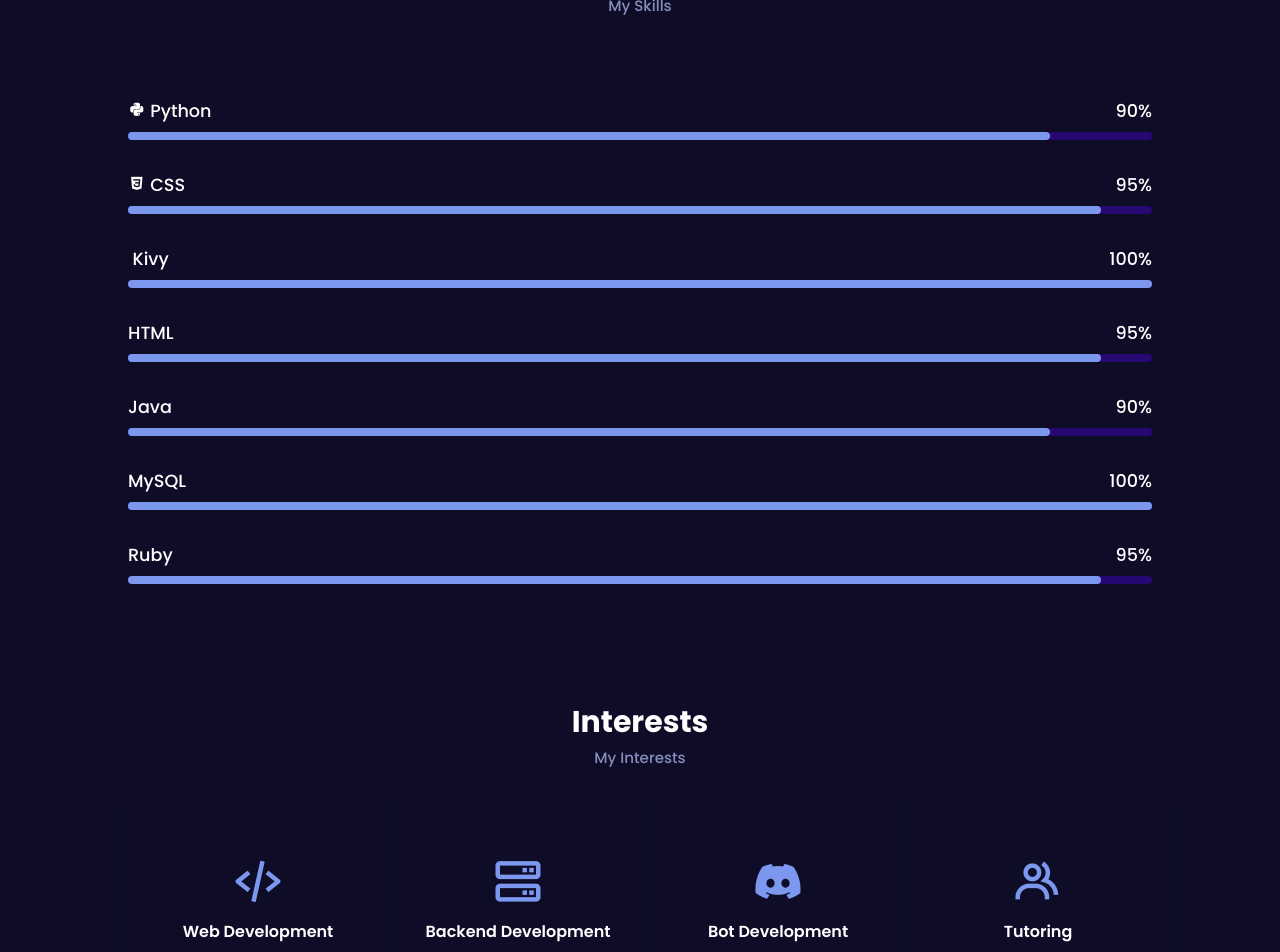
Repository: omkarxpatel/Omkar-Portfolio
Page: src/index.html
An editor plug-in stored every save of this project. The page is shown before and after a run of saves, followed by the edit.
The browser window is 1280 px wide. The pictures show the part of the page from y = 1371 to 2323 px (the page is 2654 px tall before and 2580 px after).
A picture or video elsewhere on the page could not be fetched, so the positions and the page height are approximate.

Above is the page before, as saved 2023-03-25 17:54:33.

### src/index.html

<!DOCTYPE html>
<html lang="en">


<head>
    <meta charset="UTF-8">
    <meta http-equiv="X-UA-Compatible" content="IE=edge">
    <meta name="viewport" content="width=device-width, initial-scale=1.0">
    <title>Portfolio ∙ Omkar Patel</title>
    <link rel="stylesheet" href="style.css">
    <link rel="stylesheet" href="https://cdn.jsdelivr.net/npm/boxicons@latest/css/boxicons.min.css">
</head>

<body>
<!-- Navbar  Section Start -->
<header>
    <a href="#" class="logo">Omkar <span> Patel</span>.</a>

    <div class="bx bx-menu" id="menu-icon"></div>

    <ul class="navbar">
        <li><a href="#home">Home</a></li>
        <li><a href="#about">About</a></li>
        <li><a href="#skills">Skills</a></li>
        <li><a href="#interests">Interests</a></li>
        <li><a href="#contact">Contact</a></li>
        <div class="bx bx-sun" id="darkmode"></div>
    </ul>
</header>
<!-- Navbar Section End -->
<!-- Home Section Start -->
<section class="home" id="home">
    <div class="social">
        <a href="#contact"><i class='bx bxl-github'></i></a>
        <a href="#contact"><i class='bx bxl-instagram'></i></a>
        <a href="#about"><i class='bx bxl-gmail'></i></a>
    </div>
    <div class="home-img">
        <img src="main.png" alt="">
    </div>
    <div class="home-text">
        <span>Hello, I'm</span>
        <h1>Omkar Patel</h1>
        <h2>‎ </h2>
    </div>
</section>
<!-- Home Section End -->
<!-- About Section Start -->

<section class="about" id="about">
    <div class="heading">
        <h2>About Me</h2>
        <span>Introduction</span>
    </div>

    <div class="about-container">
        <div class="about-img">
          <img src="images/IMG_1715.png" alt="">
        </div>
        <div class="about-text">
            <p>Hi there, I'm Omkar Patel, an aspiring software developer who is 15 years old and currently studying at Lynbrook High School. I'll be graduating with the class of 2025. I started coding in 2021 using Python, and since then, I have developed a strong passion for programming. Apart from coding, I have a keen interest in playing music and practicing martial arts.
            </p>
            <div class="information">
                <div class="info-box">
                    <i class='bx bxs-user'></i>
                    <span>Omkar Patel</span>
                </div>

                <div class="info-box">
                    <i class='bx bxs-phone'></i>
                    <span>+1 (408) 313 6396</span>
                </div>

                <div class="info-box">
                    <i class='bx bxs-envelope'></i>
                    <span>omkarvpatel1234@gmail.com</span>
                </div>
            </div>
            <a href="#" onclick="window.open('https://mail.google.com/mail/u/0/?fs=1&tf=cm&source=mailto&to=omkarvpatel1234@gmail.com', '_blank');" class="btn">Send Email</a>
        </div>

    </div>
</section>
<!-- About Section End -->

<!-- Skills Section Start -->

<section class="skills" id="skills">
    <div class="heading">
        <h2>Skills</h2>
        <span>My Skills</span>
    </div>

    <div class="skills-container">
        <div class="bars">

            <div class="bars-box">
                <h3><i class="bx bxl-python"></i> Python</h3>
                <span>90%</span>
                <div class="light-bar"></div>
                <div class="percent-bar python-bar"></div>
            </div>

            <div class="bars-box">
                <h3><i class="bx bxl-css3"></i> CSS</h3>
                <span>95%</span>
                <div class="light-bar"></div>
                <div class="percent-bar css-bar"></div>
            </div>

          <div class="bars-box">
                <h3><i class="bx bxl-ki"></i> Kivy</h3>
                <span>100%</span>
                <div class="light-bar"></div>
                <div class="percent-bar kivy-bar"></div>
            </div>

            <div class="bars-box">
                <h3>HTML</h3>
                <span>95%</span>
                <div class="light-bar"></div>
                <div class="percent-bar html-bar"></div>
            </div>

            <!-- <div class="bars-box">
                <h3>JavaScript</h3>
                <span>75%</span>
                <div class="light-bar"></div>
                <div class="percent-bar js-bar"></div>
            </div> -->

            <div class="bars-box">
                <h3>Java</h3>
                <span>90%</span>
                <div class="light-bar"></div>
                <div class="percent-bar java-bar"></div>
            </div>

            <!-- <div class="bars-box">
                <h3>Scratch</h3>
                <span>100%</span>
                <div class="light-bar"></div>
                <div class="percent-bar scratch-bar"></div>
            </div> -->

            <div class="bars-box">
                <h3>MySQL</h3>
                <span>100%</span>
                <div class="light-bar"></div>
                <div class="percent-bar mysql-bar"></div>
            </div>

            <div class="bars-box">
                <h3>Ruby</h3>
                <span>95%</span>
                <div class="light-bar"></div>
                <div class="percent-bar ruby-bar"></div>
            </div>
<!--
            <div class="bars-box">
                <h3>PHP</h3>
                <span>85%</span>
                <div class="light-bar"></div>
                <div class="percent-bar php-bar"></div>
            </div>

            <div class="bars-box">
                <h3>C</h3>
                <span>80%</span>
                <div class="light-bar"></div>
                <div class="percent-bar c-bar"></div>
            </div>

            <div class="bars-box">
                <h3>Arduino</h3>
                <span>90%</span>
                <div class="light-bar"></div>
                <div class="percent-bar ardruino-bar"></div>
            </div> -->

        </div>
        <!-- <div class="skills-img">
            <img src="main.png" alt="Skill">
        </div> -->
    </div>
</section>

<!-- Skills Section End -->
<!-- Services Section Start -->
<section class="interests" id="interests">
    <div class="heading">
        <h2>Interests</h2>
        <span>My Interests</span>
    </div>
    <div class="interests-content">

        <div class="interests-box">
            <i class='bx bx-code-alt'></i>
            <h3>Web Development</h3>
            <a href="#skills">Learn More</a>
        </div>

        <div class="interests-box">
            <i class='bx bx-server'></i>
            <h3>Backend Development</h3>
            <a href="#skills">Learn More</a>
        </div>

        <div class="interests-box">
            <i class='bx bxl-discord-alt'></i>
            <h3>Bot Development</h3>
            <a href="#skills">Learn More</a>
        </div>

        <div class="interests-box">
            <i class='bx bx-group'></i>
            <h3>Tutoring</h3>
            <a href="#skills">Learn More</a>
        </div>
    </div>
</section>
<!-- Services Section End -->

<!-- Contact Section Start -->
<!-- <section class="contact" id="contact">
    <div class="heading">
        <h2>Contact</h2>
        <span>Send Me A Message</span>
    </div>
    <div class="contact-form">
        <form action="scripts/contact_me.php" method="POST">
            <input type="text" placeholder="Your Name">
            <input type="email" name="" id="" placeholder="Your Email">
            <textarea name="" id="" cols="30" rows="10" placeholder="Write Message Here..."></textarea>
                                <input type="submit" value="Send" class="contact-button">
                                </form>
                            </div>
                            </section> -->
                            <!-- Contact Section End -->
                         <div class="footer">
                                <h2>Follow Me</h2>
                                <div class="footer-social">
                                    <a href="#contact" onclick="window.open('https://www.instagram.com/omkarvpatel', '_blank');" class="btn">Instagram</a>
                                    <a href="#contact" onclick="window.open('https://github.com/omkarxpatel', '_blank');" class="btn">Github</a>
                                    <a href="#contact" onclick="window.open('https://leetcode.com/omkarxpatel', '_blank');" class="btn">Leetcode</a>
                                <br><br></div>

                            </div>

                            <div class="copyright">
                                 <a id="src" href="https://github.com/omkarxpatel/Omkar-Portfolio">Source</a>
                                 | © Omkar Patel 2023 | All Rights Reserved.
                            </div>
</section>
<!-- Javascript -->
<script src="scripts/script.js"></script>
<script src="scripts/typing.js"></script>


</body>
</html>

### src/style.css

@import url("https://fonts.googleapis.com/css2?family=Poppins:wght@200;300;400;500;600;700&display=swap");

* {
  margin: 0;
  padding: 0;
  box-sizing: border-box;
  list-style: none;
  text-decoration: none;
  scroll-behavior: smooth;
  scroll-padding-top: 2rem;
  font-family: "Poppins", sans-serif;
}

:root {
  --main-color: #7B97EE;
  --text-color: #fff;
  --bg-color: #0f0c27;
  --hover: #868FBB;
  --big-font: 3.2rem;
  --medium-font: 1.8rem;
  --p-font: 0.941rem;
}

section {
  padding: 50px 10%;
}

body.active {
  --bg-color: #fff;
  --text-color: #0f0c27;
}

body {
  background: var(--bg-color);
  color: var(--text-color);
}

*::selection {
  color: var(--bg-color);
  background: var(--main-color);
}

.heading {
  text-align: center;
}

.heading h2 {
  font-size: 30px;
}

.heading span {
  font-size: var(--p-font);
  color: #868FBB;
}

header {
  position: fixed;
  width: 100%;
  top: 0;
  right: 0;
  z-index: 1000;
  display: flex;
  align-items: center;
  justify-content: space-between;
  background: var(--bg-color);
  padding: 13px 10%;
  transition: 0.2s;
  box-shadow: -3px -3px 7px #ffffff73,
    2px 2px 5px rgba(94, 104, 121, 0.288);
}

header.shadow {
  box-shadow: 0 0 4px rgb(14 55 54 / 15%);
}

.logo {
  font-size: 1.61rem;
  font-weight: 600;
  color: var(--text-color);
}

.logo span {
  font-size: 1.61rem;
  font-weight: 600;
  color: #868FBB;
}

.navbar {
  display: flex;
}

.navbar a {
  font-size: 1rem;
  padding: 10px 20px;
  color: var(--text-color);
  font-weight: 500;
}

.navbar a:hover {
  color: var(--hover);
}

#menu-icon {
  font-size: 24px;
  cursor: pointer;
  z-index: 10001;
  display: none;
}

#darkmode {
  font-size: 22px;
  cursor: pointer;
}

.home {
  position: relative;
  width: 100%;
  min-height: 100vh;
  display: grid;
  grid-template-columns: 0.2fr 1fr 1fr;
  align-items: center;
  gap: 1rem;
}

.home-img {
  order: 3;
}

.home-img img {
  width: 100%;
}

.home-text span {
  font-size: var(--medium-font);
  font-weight: 500;
}

.home-text h1 {
  font-size: var(--big-font);
}

.home-text h2 {
  font-size: 1.1rem;
  font-weight: 400;
}

.home-text p {
  font-size: var(--p-font);
  font-weight: 400;
  margin: 0.7rem 0 1rem;
}

.social {
  display: flex;
  flex-direction: column;
}

.social a {
  margin-bottom: 1rem;
  font-size: 22px;
  color: var(--text-color);
}

.social a:hover {
  color: var(--hover);
}

.btn {
  display: inline-block;
  background: var(--main-color);
  color: #fff;
  padding: 0.7rem 1.3rem;
  border-radius: 0.5rem;
}

.btn:hover {
  background: var(--hover);
}


.about-container {
  display: grid;
  grid-template-columns: repeat(2, 1fr);
  gap: 1rem;
  margin-top: 2rem;
}

.about-img img {
  width: 80%;
  border-radius: 0.5rem;
}

.about-text p {
  font-size: var(--p-font);
  font-weight: 400;
  text-align: justify;
}

.information {
  margin: 1rem 0 1.4rem;
}

.information .info-box {
  display: flex;
  align-items: center;
  margin-bottom: 1.4rem;
}

.information .info-box .bx {
  font-size: 22px;
}

.information .info-box span {
  font-weight: 400;
  margin-left: 1rem;
}


.skills-container {
  grid-template-columns: repeat(2, 1fr);
  align-items: center;
  gap: 2rem;
  margin-top: 4rem;
}

.bars-box {
  position: relative;
  display: flex;
  justify-content: space-between;
  align-items: center;
  padding: 1rem 0;
  margin-bottom: 1rem;
}


.bars-box h3,
span {
  font-size: 1.1rem;
  font-weight: 500;
}

.light-bar {
  position: absolute;
  bottom: 0;
  left: 0;
  width: 100%;
  height: 0.5rem;
  background: hsla(260, 100%, 44%, 0.4);
  border-radius: 0.5rem;

}

.percent-bar {
  position: absolute;
  bottom: 0;
  left: 0;
  height: 0.5rem;
  background: var(--main-color);
  border-radius: 0.5rem;

}

.python-bar {
  width: 90%;
}

.css-bar {
  width: 95%;
}

.html-bar {
  width: 95%;
}

.js-bar {
  width: 75%;
}

.java-bar {
  width: 90%;
}

.kivy-bar {
  width: 100%;
}

.scratch-bar {
  width: 100%;
}

.mysql-bar {
  width: 100%;
}

.ruby-bar {
  width: 95%;
}

.php-bar {
  width: 85%;
}

.c-bar {
  width: 80%;
}

.ardruino-bar {
  width: 90%;
}

.interests-content {
  display: grid;
  grid-template-columns: repeat(auto-fit, minmax(200px, auto));
  justify-content: center;
  gap: 1rem;
  margin-top: 2rem;
}

.interests-box {
  padding: 20px;
  width: 260px;
  display: flex;
  flex-direction: column;
  align-items: center;
  text-align: center;
  border-radius: 0.5rem;
  border-bottom: 2px solid var(--main-color);
  box-shadow: 0 2px 7px rgb(14 55 54 / 15%);
}

.interests-box:hover {
  background-color: #02225a;
}

.interests-box h3 {
  font-size: 1rem;
  font-weight: 600;
  margin: 0.7rem 0 0.4rem;
}

.interests-box:hover h3 {
  color: #fff;
}

.interests-box .bx {
  padding-top: 2rem;
  font-size: 54px;
  color: var(--main-color);
}

.interests-box:hover .bx {
  color: #868FBB;
}

.interests-box a {
  color: var(--main-color);
  font-size: var(--p-font);
  font-weight: 500;
}

.interests-box:hover a {
  color: #8b8a8f;
}

.contact-form {
  display: grid;
  place-items: center;
  margin-top: 2rem;
}

.contact-form form {
  display: flex;
  flex-direction: column;
  width: 650px;
}

form input,
textarea {
  padding: 15px;
  border-radius: 0.5rem;
  width: 100%;
  border: none;
  outline: none;
  background: hsla(260, 100%, 44%, 0.1);
  margin-bottom: 1rem;
  color: var(--text-color);
}

form input::placeholder,
textarea::placeholder {
  color: var(--text-color);
}

form textarea {
  resize: none;
  height: 200px;
}

.contact-button {
  width: 160px;
  cursor: pointer;
  background: #7B97EE;
  color: #fff;
  justify-content: center;
  text-transform: uppercase;
  letter-spacing: 1px;
  margin-left: 35%;
}

.contact-button:hover {
  background: var(--hover);
}

.footer {
  display: grid;
  place-items: center;
  padding: 20px;
  color: #000;
}

.footer h2 {
  font-size: 1.5rem;
  margin-bottom: 1.6rem;
  color: var(--text-color)
}

.footer-social a i {
  color: rgb(10, 26, 208);
  font-size: 25px;
  margin-left: 10px;
  text-align: center;
  line-height: 40px;
  background-color: #fff;
  border-radius: 50%;
  width: 40px;
  height: 40px;
}

.copyright {
  padding: 20px;
  background: var(--main-color);
  text-align: center;
  color: #fff;
}

.copyright a {
  color: #22cf91;
}

/* For Mobile */
@media (max-width: 991px) {
  header {
    padding: 18px 4%;
  }

  section {
    padding: 50px 4%;
  }
}

@media (max-width: 881px) {
  :root {
    --big-font: 2.7rem;
    --medium-font: 1.4rem;
  }
}

@media (max-width: 768px) {
  :root {
    --big-font: 2.4rem;
    --medium-font: 1.2rem;
  }

  header {
    padding: 11px 4%;
  }

  #menu-icon {
    display: initial;
    color: var(--text-color);
  }

  header .navbar {
    position: absolute;
    top: -500px;
    left: 0;
    right: 0;
    display: flex;
    flex-direction: column;
    background: var(--bg-color);
    box-shadow: 0 4px 4px rgb(0 0 0 / 10%);
    transition: 0.2s ease;
    text-align: center;
  }

  .navbar.active {
    top: 100%;
  }

  .navbar a {
    padding: 1.5rem;
    display: block;
    background: var(--bg-color);
  }

  #darkmode {
    position: absolute;
    top: 1.4rem;
    right: 2rem;
  }

  .scroll-down {
    display: none;
  }

  .home {
    grid-template-columns: 0.5fr 3fr;
  }

  .home-text {
    grid-column: 1/3;
    padding-left: 1.4rem;
  }

  .home-img {
    order: initial;
  }

  .about-container {
    grid-template-columns: 1fr;
  }

  .about-img {
    display: flex;
    justify-content: center;
  }

  .skills-container {
    grid-template-columns: 1fr;
  }

  /* .skills-img img {
    padding-left: 0;
  }

  .skills-img {
    padding-top: 2rem;
    display: flex;
    justify-content: center;
  } */

  .contact-form form {
    width: 300px;
  }

  .contact-button {
    margin-left: 25%;
  }
}

@media (max-width: 340px) {
  :root {
    --big-font: 1.7rem;
    --medium-font: 1.1rem;
  }

  .home-text span {
    font-size: 1rem;
  }

  .home-text h2 {
    font-size: 0.9rem;
    font-weight: 500;
  }

  .information .info-box span {
    font-size: 1rem;
  }

  .contact-form form {
    width: 300px;
  }

  .contact-button {
    margin-left: 25%;
  }
}

#src {
  color: rgb(9, 53, 88);
  text-decoration: underline;
}

### src/scripts/script.js
let header = document.querySelector("header");
let menu = document.querySelector("#menu-icon");
let navbar = document.querySelector(".navbar");

window.addEventListener("scroll", () => {
  header.classList.toggle("shadow", window.scrollY > 0);
});

menu.onclick = () => {
  navbar.classList.toggle("active");
};
window.onscroll = () => {
  navbar.classList.remove("active");
};

// Dark Mode / light mode
let darkmode = document.querySelector("#darkmode");

darkmode.onclick = () => {
  if (darkmode.classList.contains("bx-sun")) {
    darkmode.classList.replace("bx-sun", "bx-moon");
    document.body.classList.add("active");
  } else {
    darkmode.classList.replace("bx-moon", "bx-sun");
    document.body.classList.remove("active");
  }
};

### src/scripts/typing.js
const title = document.querySelector('.home-text h2');
const text = ["Highschool Student", "Coder", "Musician", "Martial Artist"];
let b = 0;

function type() {
  let i = 0;
  const intervalId = setInterval(() => {
    title.textContent += text[b].charAt(i);
    i++;
    if (i >= text[b].length) {
        b = (b + 1) % text.length;

        clearInterval(intervalId);
        setTimeout(() => {
            deleteText();
        }, 1000);
    }
  }, 100);
}

function deleteText() {
  const intervalId = setInterval(() => {
    title.textContent = title.textContent.slice(0, -1);
    if (title.textContent.length === 1) {
      clearInterval(intervalId);
      setTimeout(() => {
        type();
      }, 1000);
    }
  }, 75);
}

type();

After the next 6 saves:
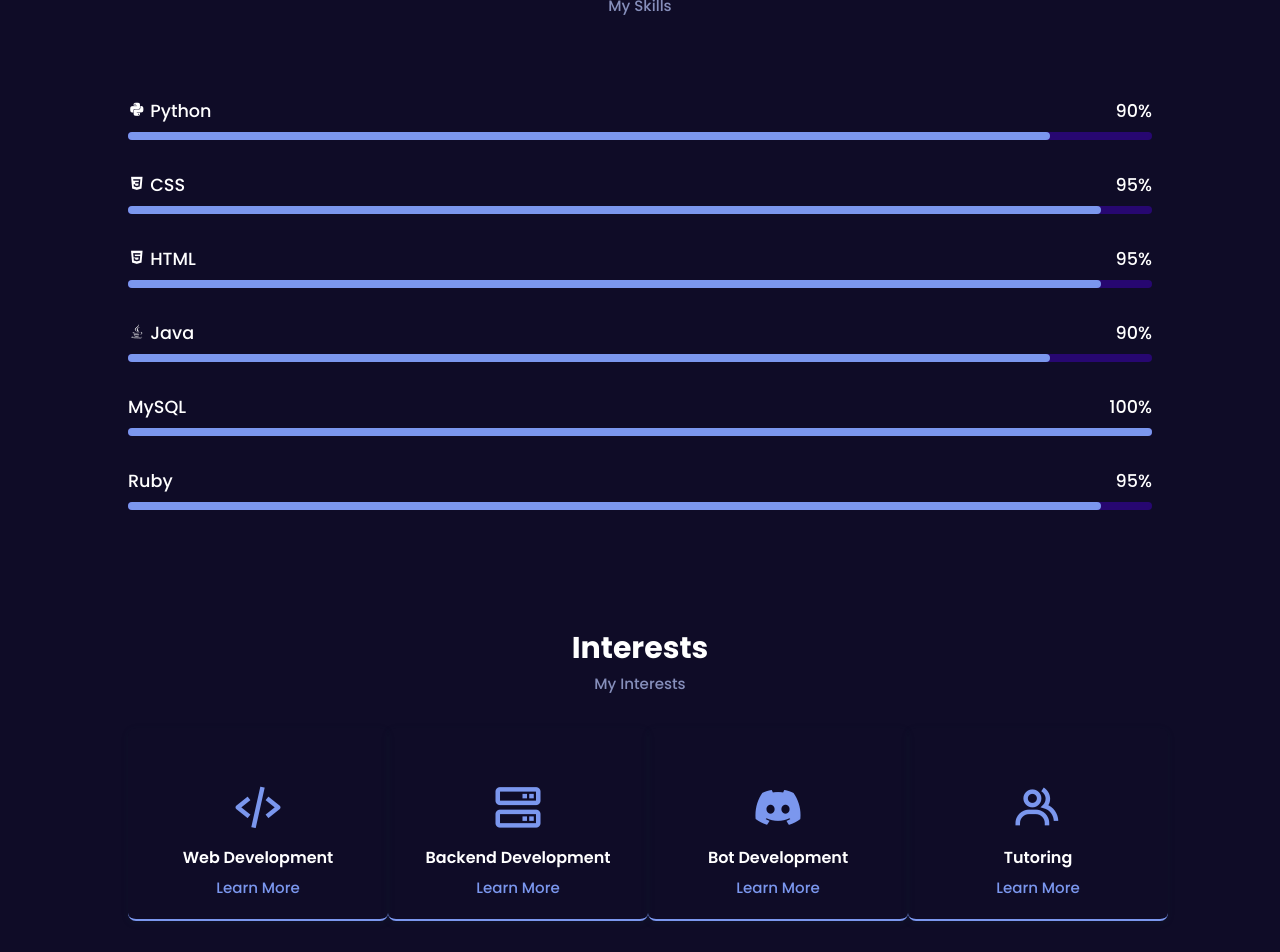
The 6 saves are shown as one change because they came seconds apart.
The last was saved 18 s later.
--- a/src/index.html
+++ b/src/index.html
@@ -109,15 +109,15 @@
                 <div class="percent-bar css-bar"></div>
             </div>
 
-          <div class="bars-box">
-                <h3><i class="bx bxl-ki"></i> Kivy</h3>
+          <!-- <div class="bars-box">
+                <h3>Kivy</h3>
                 <span>100%</span>
                 <div class="light-bar"></div>
                 <div class="percent-bar kivy-bar"></div>
-            </div>
-
-            <div class="bars-box">
-                <h3>HTML</h3>
+            </div> -->
+
+            <div class="bars-box">
+                <h3><i class="bx bxl-html5"></i> HTML</h3>
                 <span>95%</span>
                 <div class="light-bar"></div>
                 <div class="percent-bar html-bar"></div>
@@ -131,7 +131,7 @@
             </div> -->
 
             <div class="bars-box">
-                <h3>Java</h3>
+                <h3><i class="bx bxl-java"></i> Java</h3>
                 <span>90%</span>
                 <div class="light-bar"></div>
                 <div class="percent-bar java-bar"></div>
